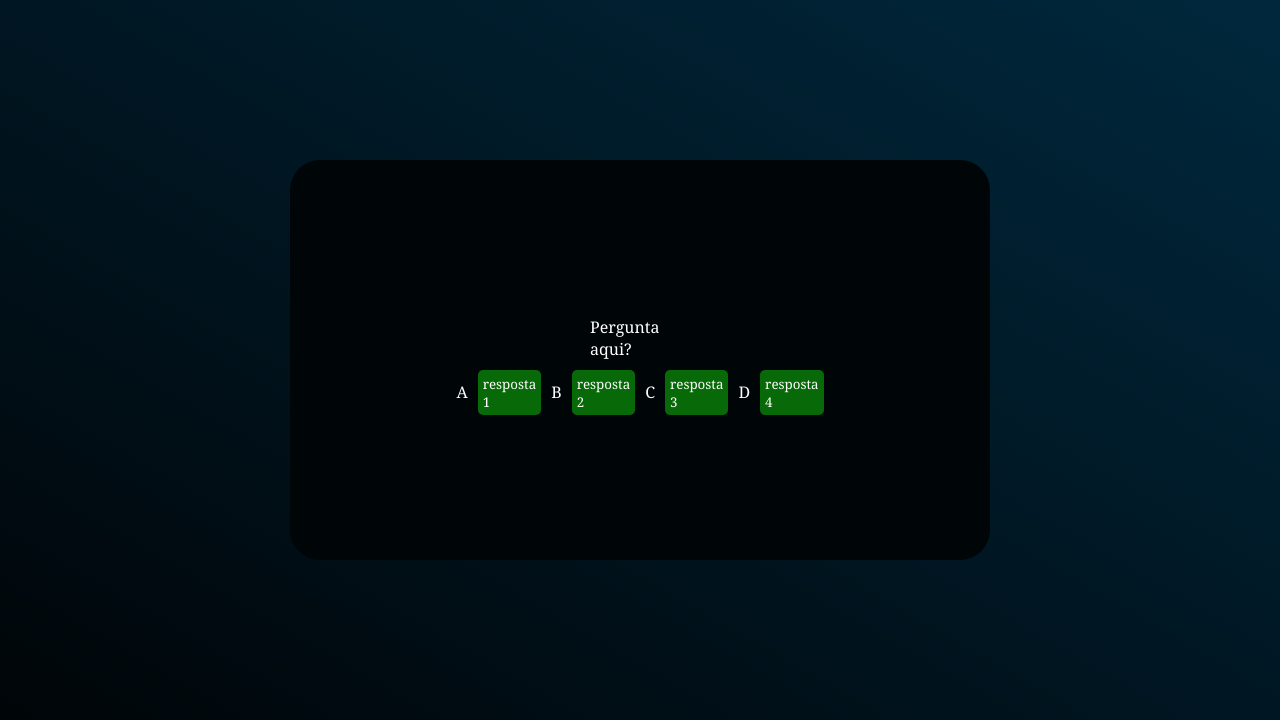
Repository: LaisSilvaO/Projeto-Quizz
Page: telas/index.html
The author's editor kept a copy of each file at every save. The page is drawn from the files as they stood at one save, then again after the next save.
The browser window is 1280 px wide. The pictures show the whole page.

Above is the page before, as saved 2024-12-26 10:52:33.

### telas/index.html
<!DOCTYPE html>
<html lang="pt-br">

<head>
    <meta charset="UTF-8">
    <meta name="viewport" content="width=device-width, initial-scale=1.0">
    <title>Perguntas</title>
    <link rel="stylesheet" href="../img/tela.css">
</head>

<body>

    <div class="box1">
        <div class="box2">
            <div class="content">
                <span class="qtddquestao"></span>
                <span class="questao">Pergunta aqui?</span>
                <div class="resposta">
                   A<button class="respbotao">resposta 1</button>
                   B<button class="respbotao">resposta 2</button>
                   C<button class="respbotao">resposta 3</button>
                   D<button class="respbotao">resposta 4</button>
                </div>
            </div>
            <div class="final">
                <span></span>
                <button>REINICIAR JOGO</button>
                <button class="proximapergunta">PROXIMA PERGUNTA</button>
            </div>
        </div>
    </div>


</body>

</html>

### img/tela.css
* {
  margin: 0;
  padding: 0;
  box-sizing: border-box;
  font-family: Cambria, Cochin, Georgia, Times, 'Times New Roman', serif;
}

body {
  height: 100vh;
  display: flex;
  justify-content: center;
  align-items: center;
  flex-direction: column;
  background: linear-gradient(210deg, #00283d, #000508);
}

main {
  background-color: white;
  padding: 10px;
  border-radius: 10px;
  width: 100%;
  max-width: 600px;
  min-height: 400px;
  display: flex;
  justify-content: center;
  align-items: center;
}

.box1{
  position: relative;
  width: 700px;
  height: 410px;

  border-radius: 30px;
  display: flex;
  justify-content: center;
  align-items: center;
  flex-direction: column;
  overflow: hidden;

}
.box2 {
  position: relative;
  width: 700px;
  height: 400px;
  background-color: #000508;
  border-radius: 30px;
  display: flex;
  justify-content: center;
  align-items: center;
  flex-direction: column;
  overflow: hidden;
  color: white;
}

/* Borda animada externa */
.box1::before {
  content: '';
  position: absolute;
  top: 0;
  left: 0;
  width: 100%;
  height: 100%;
  border-radius: 30px;
  border: 0px solid transparent; /* Espessura da borda aumentada */
  background-image: linear-gradient(to bottom, #157815, #93b608);
  background-size: 400%; /* Aumenta o tamanho da animação da borda */
  animation: borderAnimation 6s linear  infinite ;
  z-index: -1; /* Garante que a borda fique atrás do conteúdo */
}

@keyframes borderAnimation {
  0% {
    top: 0px;
    left: 0px;
}
25% {
    top: 0px;
    left: 700px; /* Canto superior direito */
}
50% {
    top: 0px;
    left: 0px; /* Canto inferior direito */
}
75% {
    top: 700px;
    left: 0px; /* Canto inferior esquerdo */
}
100% {
    top: 700px;
    left: 0px;  /* Retorna ao canto superior esquerdo */
}
}

h2{
  padding: 10px;
  display: flex;           /* Ativa o modelo de layout flex */
  justify-content: center; /* Centraliza horizontalmente */
  align-items: center;     /* Centraliza verticalmente */
  text-align: center;      /* Centraliza as linhas de texto */
  height: 40%;
}
h4{
  padding: 10px;
}

.content {
  display: flex;
  flex-direction: column;
  width: 100px;
  gap:10px;
}
.qtddquestao{
  text-align: end;
}
.resposta{
  display: flex;
  gap:10px;
  justify-content: center;
  align-items: center;
}


button{
  width: 90px;
  height: 45px;
  text-align: start;
  padding: 5px;
  border: none;
  border-radius: 5px;
  cursor: pointer;
  background-color: rgb(8, 105, 8);
  color: white;
}

.final{
  display: none;
  flex-direction: column;
  gap: 10px;

}
.final button{
  text-align: center;
}

After the next save:
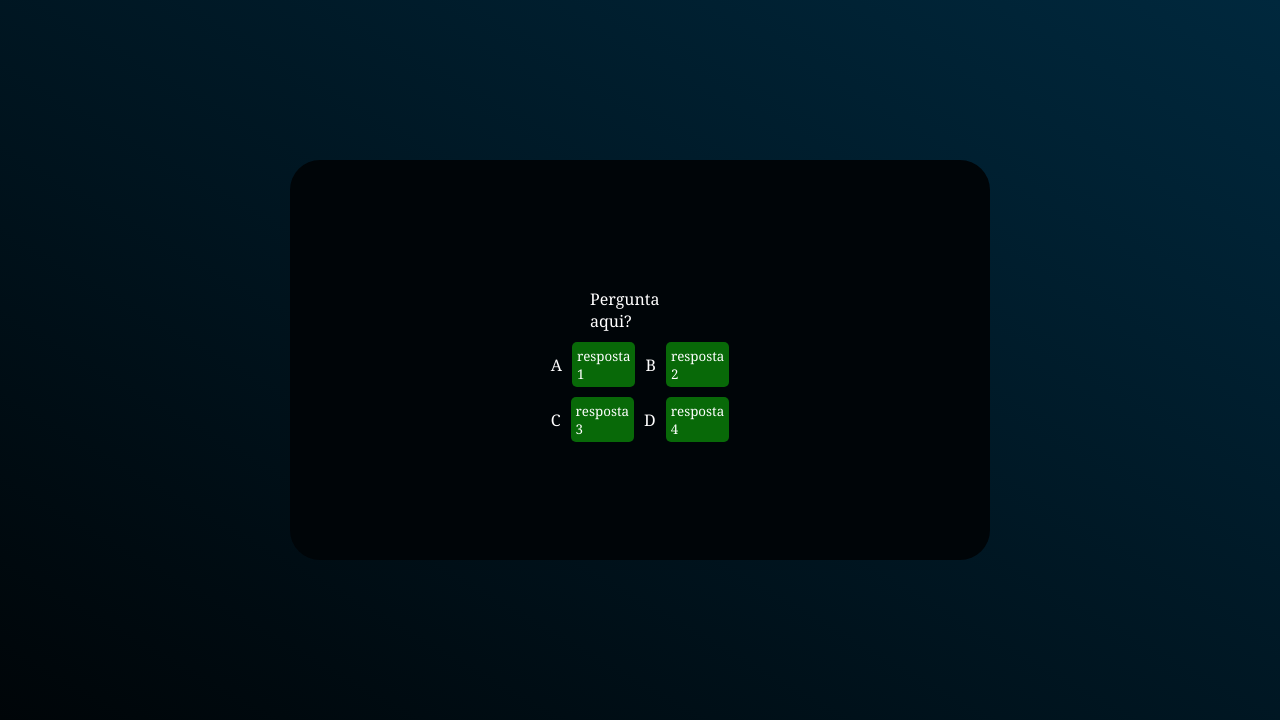
Saved 4 min 7 s later.
--- a/telas/index.html
+++ b/telas/index.html
@@ -16,10 +16,12 @@
                 <span class="qtddquestao"></span>
                 <span class="questao">Pergunta aqui?</span>
                 <div class="resposta">
-                   A<button class="respbotao">resposta 1</button>
-                   B<button class="respbotao">resposta 2</button>
-                   C<button class="respbotao">resposta 3</button>
-                   D<button class="respbotao">resposta 4</button>
+                    A<button class="respbotao">resposta 1</button>
+                    B<button class="respbotao">resposta 2</button>
+                </div>
+                <div class="resposta">
+                    C<button class="respbotao">resposta 3</button>
+                    D<button class="respbotao">resposta 4</button>
                 </div>
             </div>
             <div class="final">
